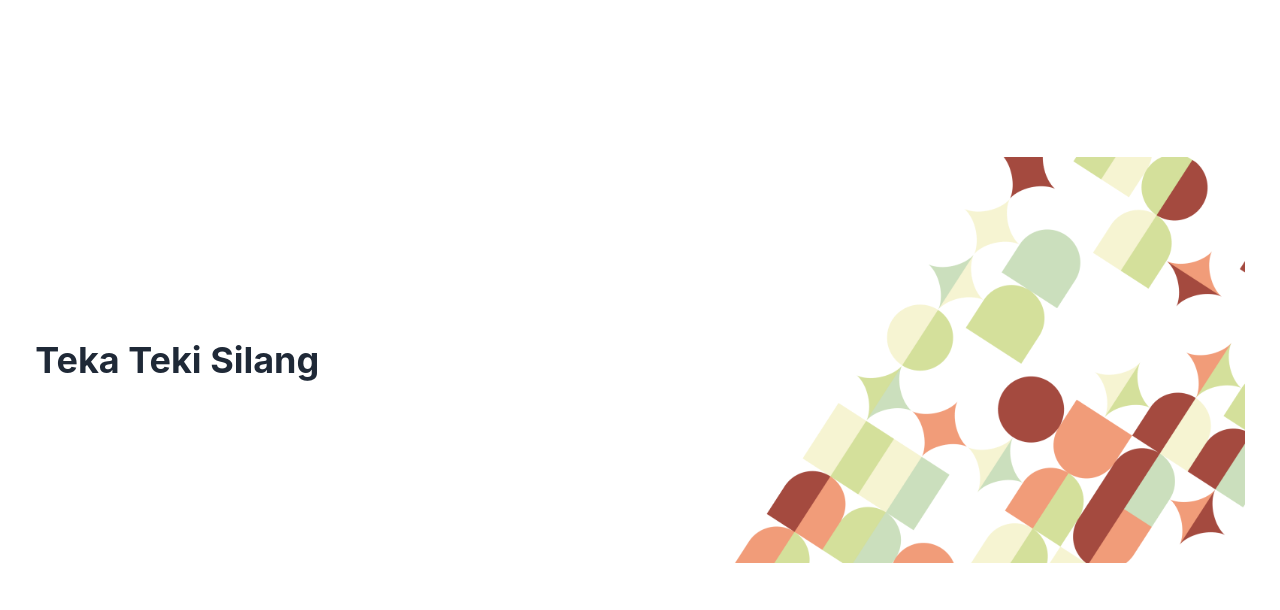
Repository: farrelmuhammad/tts-clue
Page: /
These files come from the project's save history. The page is drawn as it stood at one moment and after the next save; the edit follows.
The browser window is 1280 px wide. The pictures show the whole page.
The project was rebuilt for these pictures with package versions that can differ from the ones it lists, and the page was loaded fresh each time. Also part of the build but not shown: src/App.css.

Above is the page before, as saved 2023-02-02 18:09:24.

After the next save:
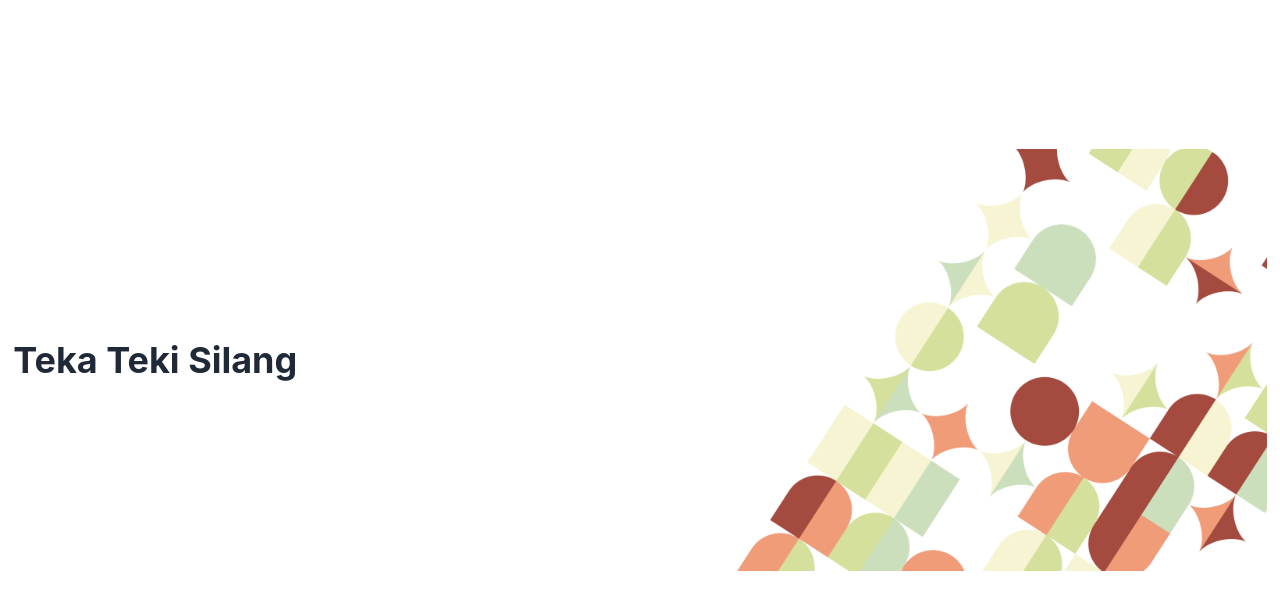
Saved 10 s later.
--- a/src/App.js
+++ b/src/App.js
@@ -5,7 +5,6 @@
   return (
     <>
       <section class="h-screen">
-        <div class="px-6 h-full text-gray-800">
           <div class="flex xl:justify-center lg:justify-between justify-center items-center flex-wrap h-full g-6">
             <div class="grow-0 shrink-1 md:shrink-0 basis-auto xl:w-6/12 lg:w-6/12 md:w-9/12 mb-12 md:mb-0">
               <h1 class="text-4xl font-bold text-gray-800">Teka Teki Silang</h1>
@@ -14,7 +13,6 @@
               <img src={bgHome} class="w-full h-full object-cover" alt="" />
             </div>
           </div>
-        </div>
       </section>
     </>
   );

After the save that followed:
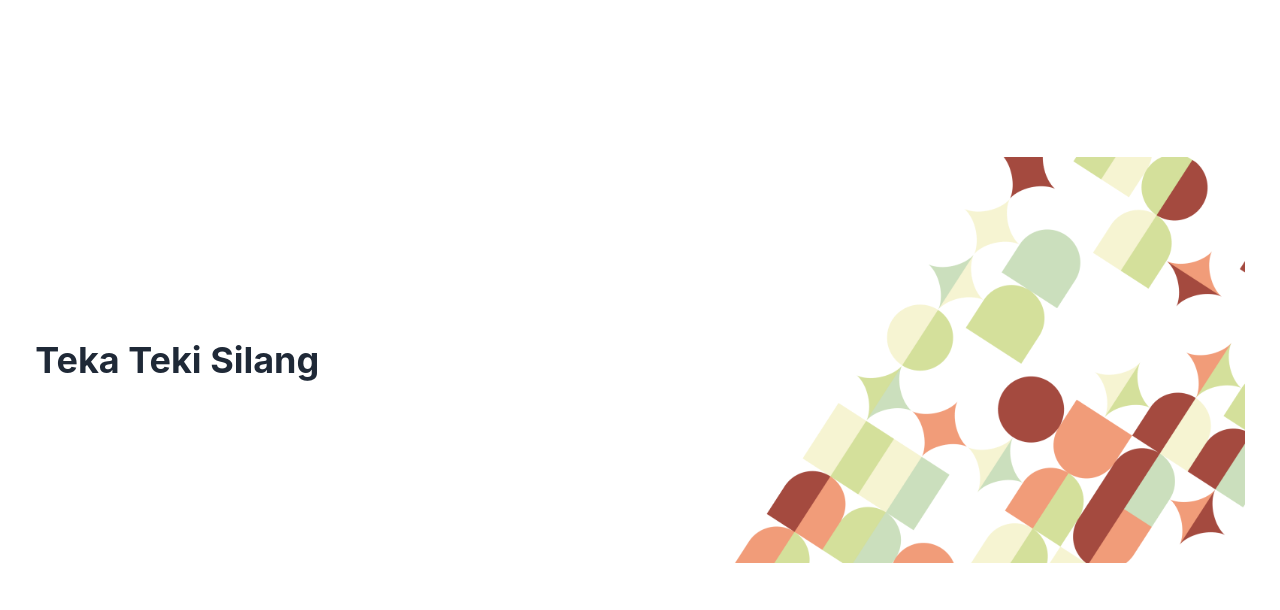
Saved 4 s later.
--- a/src/App.js
+++ b/src/App.js
@@ -5,6 +5,7 @@
   return (
     <>
       <section class="h-screen">
+        <div class="px-6 h-full text-gray-800">
           <div class="flex xl:justify-center lg:justify-between justify-center items-center flex-wrap h-full g-6">
             <div class="grow-0 shrink-1 md:shrink-0 basis-auto xl:w-6/12 lg:w-6/12 md:w-9/12 mb-12 md:mb-0">
               <h1 class="text-4xl font-bold text-gray-800">Teka Teki Silang</h1>
@@ -13,6 +14,7 @@
               <img src={bgHome} class="w-full h-full object-cover" alt="" />
             </div>
           </div>
+        </div>
       </section>
     </>
   );
